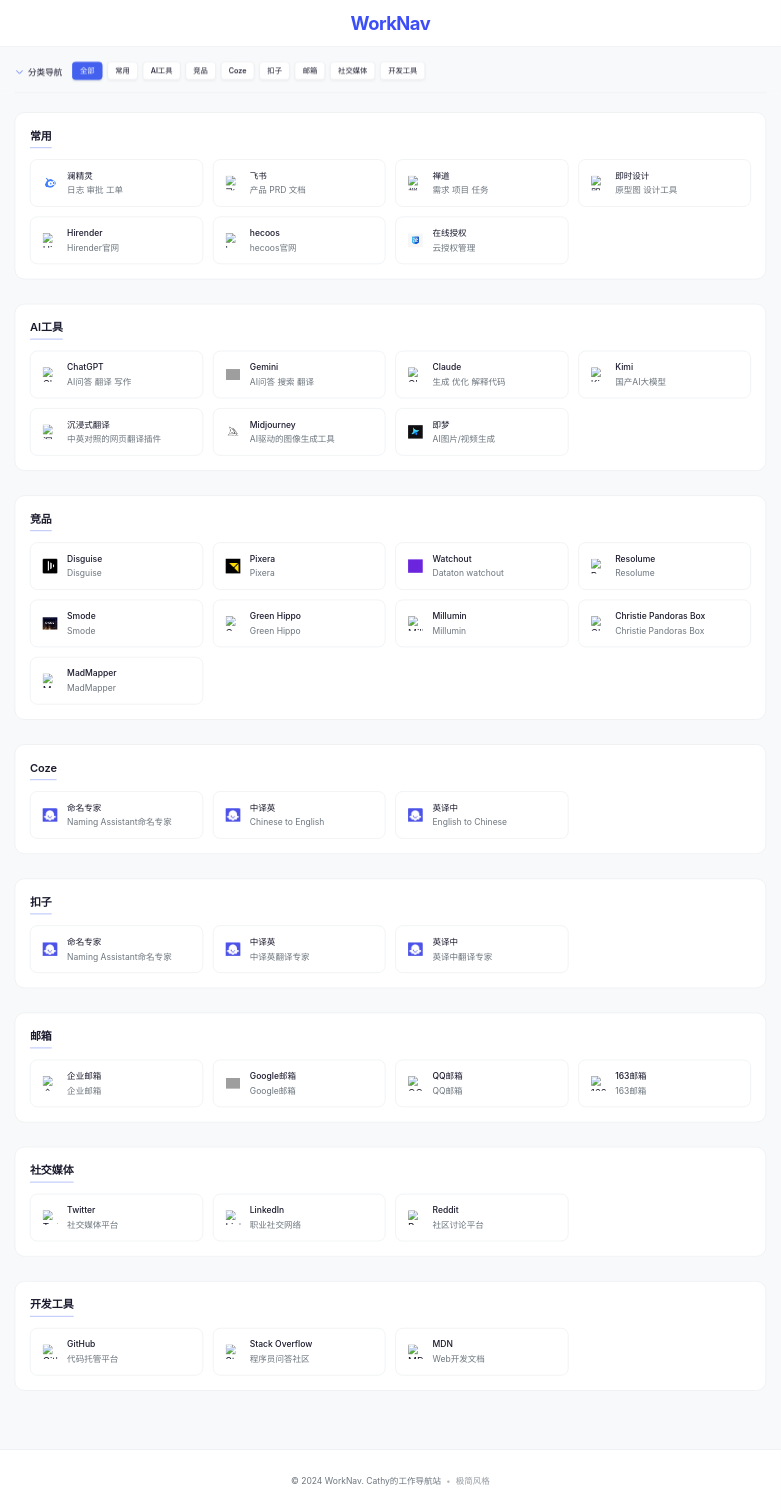
Repository: SweetPomelo0/WorkNav
Page: /
An editor plug-in stored every save of this project. The page is shown before and after the next save, followed by the edit.
The browser window is 1280 px wide. The pictures show the whole page, at 61% of full size.
Pictures or frames that could not be fetched are drawn as grey boxes. The project was rebuilt for these pictures with package versions that can differ from the ones it lists, and the page was loaded fresh each time. The framework's server and built-in components were replaced by stand-ins that run in the browser. Also part of the build but not shown: next.config.ts.

Above is the page before, as saved 2025-07-26 21:55:49.

After the next save:
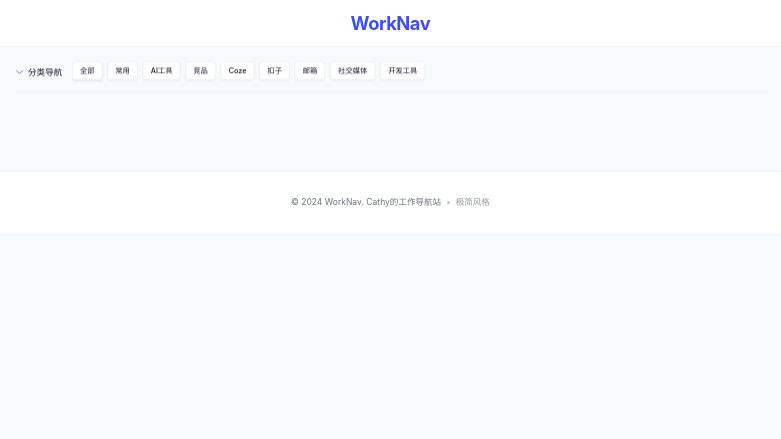
Saved 115 s later.
--- a/src/app/page.tsx
+++ b/src/app/page.tsx
@@ -3,7 +3,7 @@
 
 export default function Home() {
   // 定义状态来跟踪当前选中的分类
-  const [selectedCategory, setSelectedCategory] = useState("全部");
+  const [selectedCategory, setSelectedCategory] = useState("");
 
   // 定义导航分类和链接
   const categories = [

After the save that followed:
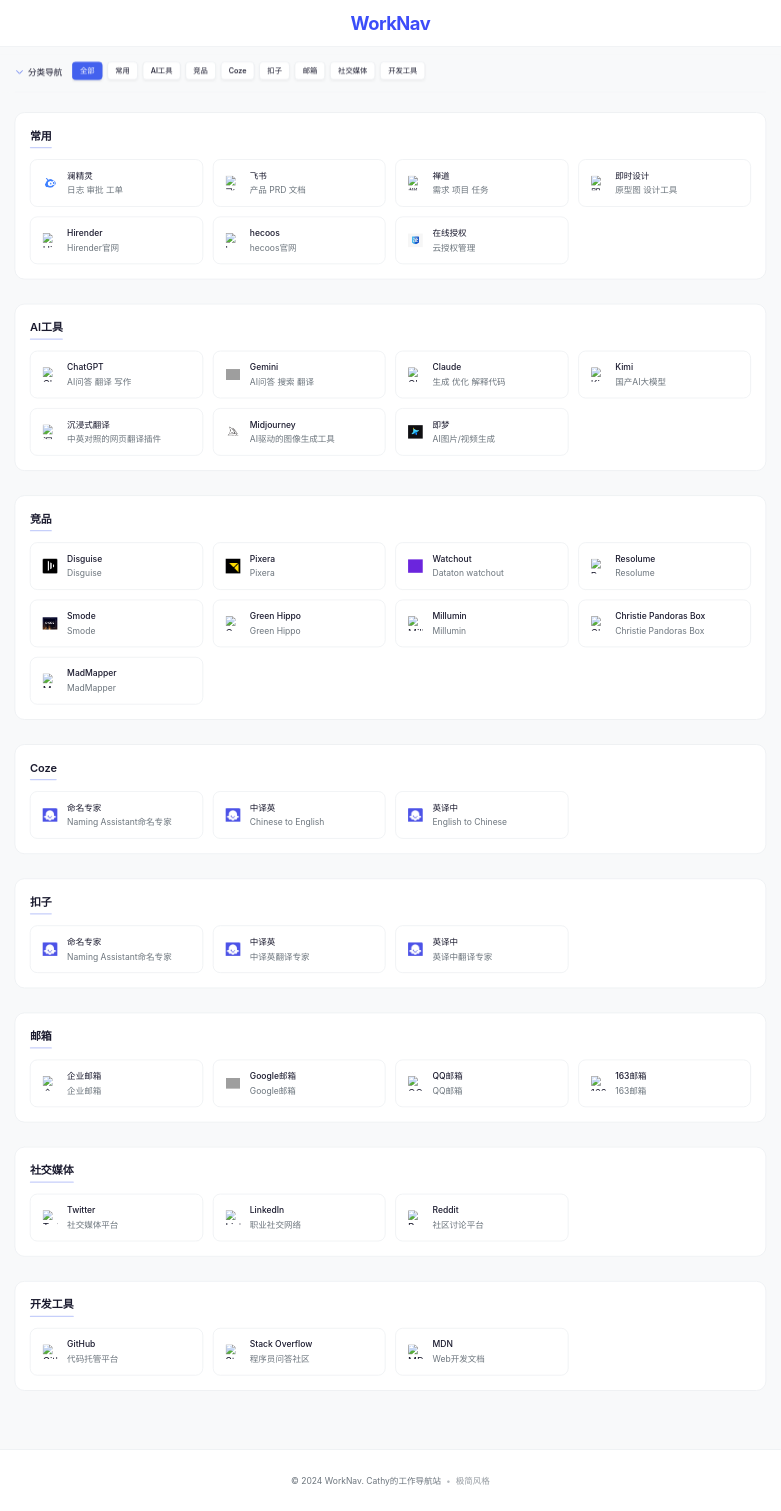
Saved 26 s later.
--- a/src/app/page.tsx
+++ b/src/app/page.tsx
@@ -3,7 +3,7 @@
 
 export default function Home() {
   // 定义状态来跟踪当前选中的分类
-  const [selectedCategory, setSelectedCategory] = useState("");
+  const [selectedCategory, setSelectedCategory] = useState("全部");
 
   // 定义导航分类和链接
   const categories = [
